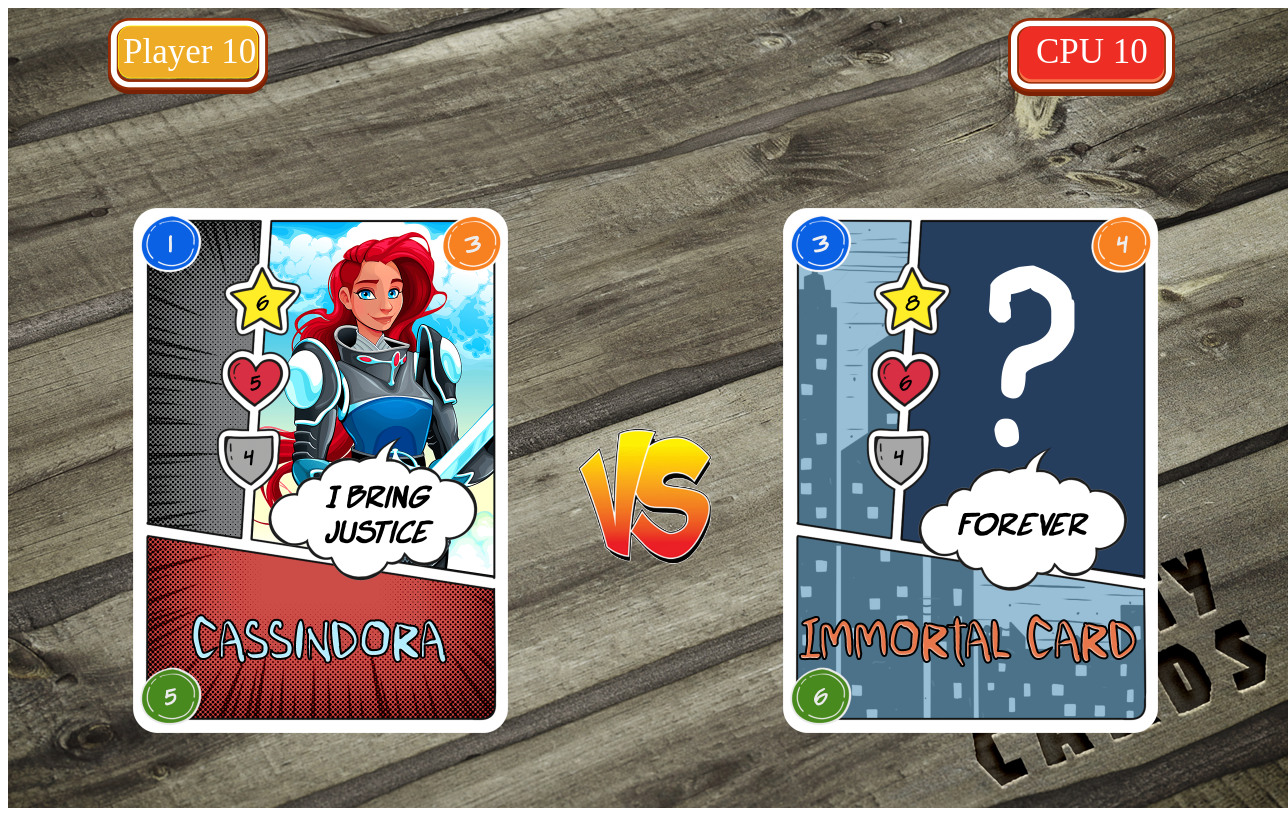
Repository: getvoiceagency/html5
Page: index.html
The author's editor kept a record of every edit. The page is drawn from the files as they stood at one moment, then again after the next edit.
The browser window is 1280 px wide. The page is 1288 px wide, so the pictures cover 1288 px, including what lies to the right of the window. The pictures show the whole page.
Some web libraries are served in a nearby version.

Above is the page before.

After the next edit:
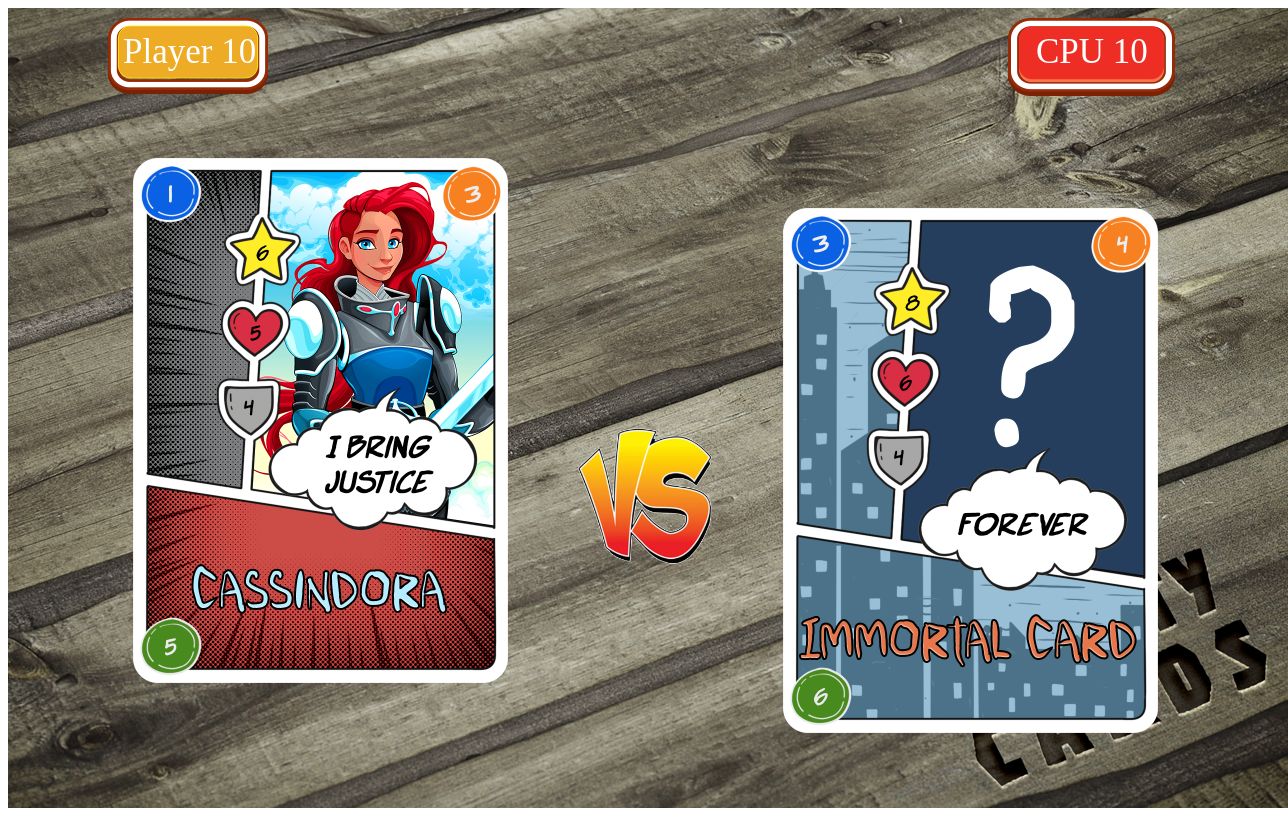
The edit:
--- a/index.html
+++ b/index.html
@@ -171,7 +171,7 @@
     var tl = new TimelineMax({ repeat: 0, repeatDelay: 0.5, yoyo: true })
     .to(card1, 1, { pixi: { x: 125, y: 125,}, ease: Power3.easeInOut }, 0.9 )
     .to(card1, 2, { pixi: {alpha: 1, delay:7.5,}, ease: Power3.easeInOut }, 0.9)
-    .to(card1, 3, { pixi: { x: 125, y: 200, scale: 0.5,}, ease: Power3.easeInOut }, 0.9)
+    .to(card1, 3, { pixi: { x: 125, y: 150, scale: 0.5,}, ease: Power3.easeInOut }, 0.9)
 
     var t2 = new TimelineMax({ repeat: 0, repeatDelay: 0.5, yoyo: true })
     .to(card2, 1, { pixi: { x: 125, y: 225, }, ease: Power3.easeInOut }, 0.9)
